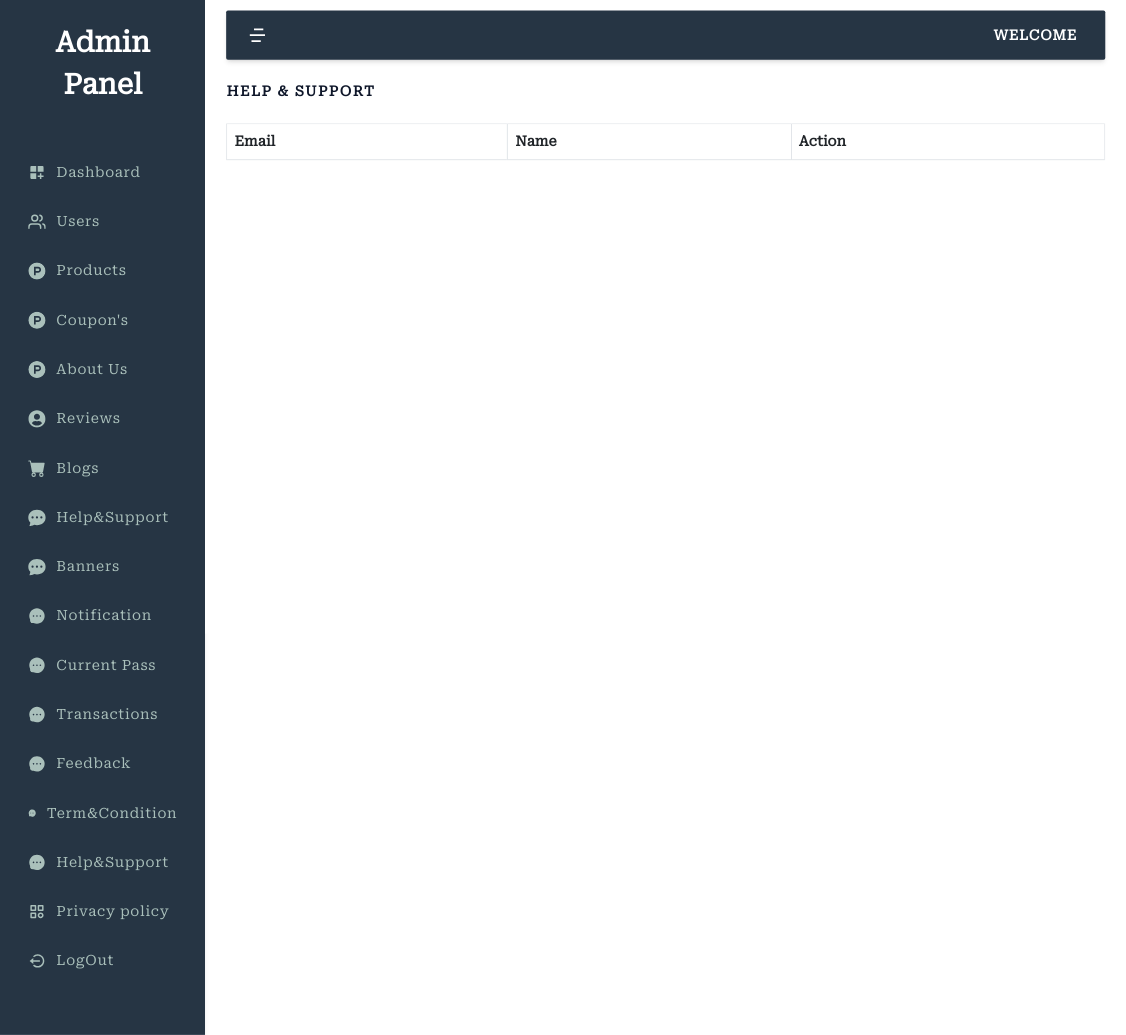
Repository: FlyweisReact/Arun-Chauhan
Page: /complaint
An editor plug-in stored every save of this project. The page is shown before and after the next save, followed by the edit.
The browser window is 1280 px wide. The pictures show the whole page, at 88% of full size.
The page's requests for data from a server got no answer. Some web libraries are served in a nearby version. The project was rebuilt for these pictures with package versions that can differ from the ones it lists, and the page was loaded fresh each time. No one was signed in, and anything a server would have sent is missing. Also part of the build but not shown: src/components/forms/Login.jsx, src/components/layout/Navbar.jsx, src/components/layout/Sidebar.jsx, src/components/layout/HOC.jsx, src/components/pages/Dashboard.jsx, src/components/vendorPanel/components/pages/Message/Message.js, src/components/pages/UserKundli/UserKundli.jsx, src/components/pages/discount/Discount.jsx and 27 more.

Above is the page before, as saved 2023-03-14 15:00:56.

### public/index.html
<!-- @format -->

<!DOCTYPE html>
<html lang="en">
  <head>
    <meta charset="utf-8" />
    <!-- <link rel="icon" href="%PUBLIC_URL%/favicon.png" /> -->
    <meta name="viewport" content="width=device-width, initial-scale=1" />
    <meta name="theme-color" content="#000000" />
    <meta
      name="description"
      content="Web site created using create-react-app"
    />
    <link rel="apple-touch-icon" href="%PUBLIC_URL%/favicon.ico?v=2" />



    <link rel="manifest" href="%PUBLIC_URL%/manifest.json" />
    <link rel="preconnect" href="https://fonts.googleapis.com">
    <link rel="preconnect" href="https://fonts.gstatic.com" crossorigin>
    <link href="https://fonts.googleapis.com/css2?family=Roboto+Serif&display=swap" rel="stylesheet">
    <title>Arun   Panel</title>
  </head>
  <body>
    <noscript>You need to enable JavaScript to run this app.</noscript>
    <div id="root"></div>
    <script src="https://code.jquery.com/jquery-3.6.0.min.js"></script>
    <script src="https://kit.fontawesome.com/b533b351e4.js" crossorigin="anonymous"></script>
  </body>
</html>

### src/index.js
import React from "react";
import ReactDOM from "react-dom/client";
import "./index.css";
import App from "./App";
import { BrowserRouter } from "react-router-dom";
import 'bootstrap/dist/css/bootstrap.min.css'

const root = ReactDOM.createRoot(document.getElementById("root"));
root.render(
  <React.StrictMode>
    <BrowserRouter>
      <App />
    </BrowserRouter>
  </React.StrictMode>
);

### src/index.css
/** @format */

@tailwind base;
@tailwind components;
@tailwind utilities;




body {
  margin: 0;
  font-family: 'Roboto Serif', serif  !important;
  -webkit-font-smoothing: antialiased;
  -moz-osx-font-smoothing: grayscale;
}

/* Wcomponents */
.wcomp::-webkit-scrollbar {
  width: 0px;
}
::-webkit-scrollbar {
  width: 0px;
}
::-webkit-scrollbar-track {
  background: #696f78;
}
/* Handle */
::-webkit-scrollbar-thumb {
  background: #b4b8bf;
}

.main-card--container {
  display: grid;
  grid-template-columns: repeat(3, minmax(300px, 500px));
  grid-gap: 50px;
  justify-content: space-around;
}
.card-container {
  margin: 25px 0 auto;
  position: relative;
  display: grid;
  grid-template-columns: 1fr;
  justify-content: space-around;
  align-items: flex-start;
}

.img-thumbnail {
  width: 80px;
}
.img-large {
  max-width: 80%;
}

.formInput {
  padding: 5px;
}

.BannerImg{
  display: grid;
  grid-template-columns: auto auto auto;
  margin: 20px;
  justify-content: space-evenly;
  text-align: center;
}
.BannerImg div{
  box-shadow: rgba(0, 0, 0, 0.35) 0px 5px 15px;
  padding: 10px;

}
.BannerImg img{
  width: 400px;
  height: 200px;
}


li{
  list-style: disc;
}
.carouselImages{
  width: 200px !important;
}
.Car{
  width: 200px !important;
}

.three-Sec{
  display: grid;
  justify-content: space-evenly;
  grid-template-columns: auto auto auto;
  text-align: center;
  color: black;

}
.three-Sec div{
  box-shadow: rgba(0, 0, 0, 0.35) 0px 5px 15px;
  margin-top: 40px;
  padding : 10px;
}
.three-Sec img{
  width: 400px;
}
.three-Sec p{
  font-size: 20px;
  font-weight: bold;
  margin: 0;
}
.three-Sec button{
  border: 1px solid #B80000;
  background-color: #ffff;
  color: #B80000;
  width: 100%;
  padding: 3px;
  margin-top: 10px;
  font-size: 20px;
  transition: 0.5s;
}

.three-Sec button:hover{
  background-color: #B80000;
  color: #ffff;
}

### src/App.js
/** @format */

import { Routes, Route } from "react-router-dom";
import Login from "./components/forms/Login";
import Dashboard from "./components/pages/Dashboard";
import { ToastContainer } from "react-toastify";
import MSG from "./components/vendorPanel/components/pages/Message/Message";
import "react-toastify/dist/ReactToastify.css";
import UserKundli from "./components/pages/UserKundli/UserKundli";
import Discount from "./components/pages/discount/Discount";
import Chat from "./components/pages/reactChat/Chat";
import Horoscope from "./components/pages/horoScope/Horoscope";
import Specification from "./components/pages/SpecificationPage/Specification";
import VendorLogin from "./components/vendorPanel/components/forms/VendorLogin";
import VendorDashboard from "./components/vendorPanel/components/pages/VendorDashboard";
import Fedd from "./components/pages/FeedBack/Fedd";
import Users from "./components/vendorPanel/components/pages/Users/Users";
import TimeSlots from "./components/pages/TimeSlots/TimeSlots";
import Documents from "./components/pages/Documents/Documents";
import Notify from "./components/pages/Notifications/Notify";
import ProductDetail from "./components/pages/FeedBack/ProductDetail";
import Product from "./components/vendorPanel/components/pages/Products/Product";
import Category from "./components/vendorPanel/components/pages/Category/Category";
import Order from "./components/vendorPanel/components/pages/Orders/Order";
import Complaint from "./components/vendorPanel/components/pages/Complaint/Complaint";
import Vendor from "./components/vendorPanel/components/pages/Vendors/Vendor";
import SubCategory from "./components/pages/Subcategory/SubCategory";
import Tour from "./components/vendorPanel/components/pages/Tour";
import Transaction from "./components/vendorPanel/components/pages/Transaction";
import Privacy from "./components/vendorPanel/components/pages/Terms/Privacy";
import Terms from "./components/vendorPanel/components/pages/Terms/Terms";
import Transactions from './components/vendorPanel/components/pages/Users/Transactions'
import CurrentPass from "./components/vendorPanel/components/pages/Users/CurrentPass";
import Offers from "./components/vendorPanel/components/pages/Users/Offers";
import FeedBack from "./components/vendorPanel/components/pages/Users/FeedBack";
import TermsCon from "./components/vendorPanel/components/pages/Users/TermsCon";
import HelpSupport from "./components/vendorPanel/components/pages/Users/HelpSupport";

function App() {
  return (
    <>
      <ToastContainer />

      <Routes>
        <Route path="/vendorLogin" element={<Login />} />
        <Route path="/dashboard" element={<Dashboard />} />
        <Route path="/userkundli" element={<UserKundli />} />
        <Route path="/discount" element={<Discount />} />
        <Route path="/horoscope" element={<Horoscope />} />
        <Route path="/specification" element={<Specification />} />


        <Route path="/chat" element={<Chat />} />
        <Route path="feedback" element={<Fedd />} />
        <Route path="/time" element={<TimeSlots />} />
        <Route path="/document" element={<Documents />} />
        <Route path="/subCategory" element={<SubCategory />} />
        <Route path="/not" element={<Notify />} />
        <Route path="/viewProduct/:id" element={<ProductDetail />} />


        {/* Admin Panel */}
        <Route path="/" element={<VendorLogin />} />
        <Route path="/ven" element={<Vendor />} />
        <Route path="/product" element={<Product />} />
        <Route path="/tour" element={<Tour />} />
        <Route path='/transaction' element={<Transaction />} />
        <Route path="/users" element={<Users />} />
        <Route path="/order" element={<Order />} />
        <Route path="/msg" element={<MSG />} />
        <Route path="/complaint" element={<Complaint />} />
        <Route path="/vendorDashboard" element={<VendorDashboard />} />
        <Route path="/category" element={<Category />} />
        <Route path="/privacy" element={<Privacy />} />
        <Route path="/terms" element={<Terms />} />
        <Route path="/trans" element={<Transactions />} />
        <Route path="/currentPass" element={<CurrentPass />} />
        <Route path="/offers" element={<Offers />} />
        <Route path="/feedBacks" element={<FeedBack />} />
        <Route path="/termsCon" element={<TermsCon />} />
        <Route path='/helpSupport' element={<HelpSupport />} />
      </Routes>
    </>
  );
}

export default App;

### src/components/vendorPanel/components/pages/Complaint/Complaint.js
/** @format */
import React, { useEffect, useState } from "react";
import { Table , Modal ,Button , Form} from "react-bootstrap";
import axios from "axios";
import HOC from "../../layout/HOC";



const Complaint = () => {
  const [data, setData] = useState([]);
  const [modalShow, setModalShow] = useState(false);

  const fetchData = async () => {
    try {
      const { data } = await axios.get(
        "https://5o53oluanh.execute-api.ap-south-1.amazonaws.com/development/helpAndSupportRouter/gethelpByAdmin"
      );
      setData(data);
    } catch (err) {
      console.log(err);
    }
  };

  useEffect(() => {
    fetchData();
  }, []);

  function MyVerticallyCenteredModal(props) {
    const [name, setName] = useState("");
    const [email, setEmail ] = useState("");

    const postData = async (e) => {
      e.preventDefault();
        try {
          const { data  } = await axios.put('https://5o53oluanh.execute-api.ap-south-1.amazonaws.com/development/helpAndSupportRouter/updatehelpByIdByAdmin/63eb77baa6e79bb158263552',  {
            email , name
          })
          console.log(data)
          props.onHide();
          fetchData();
        } catch (err) {
          console.log(err);
        }

    };

    return (
      <Modal
        {...props}
        size="lg"
        aria-labelledby="contained-modal-title-vcenter"
        centered
      >
        <Modal.Header closeButton>
          <Modal.Title id="contained-modal-title-vcenter">
            Update Help&Support
          </Modal.Title>
        </Modal.Header>
        <Modal.Body>
          <Form onSubmit={postData}>
            <Form.Group className="mb-3">
              <Form.Label>Name</Form.Label>
              <Form.Control
                type="text"
                onChange={(e) => setName(e.target.value)}
              />
            </Form.Group>
            <Form.Group className="mb-3">
              <Form.Label>Email</Form.Label>
              <Form.Control
                type="text"
                onChange={(e) => setEmail(e.target.value)}
              />
            </Form.Group>
            <Button variant="outline-success" type="submit">
              Submit
            </Button>
          </Form>
        </Modal.Body>
        <Modal.Footer></Modal.Footer>
      </Modal>
    );
  }





  return (
    <>

<MyVerticallyCenteredModal
          show={modalShow}
          onHide={() => setModalShow(false)}
        />

      <section>
        <div className="pb-4 sticky top-0  w-full flex justify-between items-center bg-white">
          <span className="tracking-widest text-slate-900 font-semibold uppercase ">
            Help & Support
          </span>
        </div>

        <div style={{ maxWidth: "100%", overflow: "auto" }}>
          <Table striped bordered hover>
            <thead>
              <tr>
                <th> Email</th>
                <th> Name</th>
                <th>Action</th>
              </tr>
            </thead>
            <tbody>
            {data?.terms?.map((i, index) => (
               <tr key={index}>
               <td> {i.email} </td>
               <td> {i.name} </td>
               <td>
               <i class="fa-solid fa-pen-to-square" style={{color : 'blue'}} onClick={() => setModalShow(true)} ></i>
               </td>
              </tr>
            ))}
            </tbody>
          </Table>
        </div>
      </section>
    </>
  );
};


export default HOC(Complaint);

### src/components/vendorPanel/components/layout/HOC.jsx
import React, { useState } from "react";
import Navbar from "./Navbar";
import Sidebar from "./Sidebar";

const HOC = (Wcomponenet) => {
  return function Component() {
    const [hamb, setHamb] = useState(false);
    return (
      <>
        <section className="flex overflow-x-hidden relative">
          {/* Sidebar */}
          <div
            className={
              hamb
                ? " absolute top-0 z-30 md:w-auto shadow-md bg-slate-200  w-60 transition-all md:-left-full left duration-150  h-auto overflow-y-auto  left-0 "
                : " md:w-72 z-30 bg-slate-200  shadow-md  md:static absolute top-0 -left-full   transition-all duration-150  overflow-y-auto h-auto"
            }
          >
            <Sidebar hamb={hamb} setHamb={setHamb} />
          </div>
          {/* Components & Navbar */}
          <div
            className={
              hamb
                ? " transition-all px-4 py-2  bg-white duration-150 w-full h-screen"
                : " w-full h-screen  px-4 py-2  bg-white z-50 transition-all duration-150 "
            }
          >
            <Navbar hamb={hamb} setHamb={setHamb} />
            <div className="my-6 text-white h-[87%] wcomp overflow-y-auto">
              <Wcomponenet />
            </div>
          </div>
        </section>
      </>
    );
  };
};

export default HOC;

### src/components/vendorPanel/components/layout/Navbar.jsx
/** @format */

import { RiMenu4Line } from "react-icons/ri";

const Navbar = ({ hamb, setHamb }) => {

  return (
    <>

      <div
        className={
          hamb
            ? "flex  w-full justify-between  my-1 rounded-sm  p-4 py-3 shadow-md items-center  bg-slate-200 space-x-4"
            : "flex  w-full justify-between my-1 rounded-sm  p-4 py-3 shadow-md items-center  bg-slate-200 space-x-4"
        }
        style={{   backgroundColor: "#263544", color : "#fff"}}
      >
        <RiMenu4Line
          onClick={() => setHamb(!hamb)}
          className="text-2xl font-bold text-#fff-900 hover:scale-90 cursor-pointer"
        />

        <section className="flex sm:ml-auto justify-end sm:w-full items-center space-x-2  pr-2">
          <figcaption className="tracking-wider pl-1 font-semibold">
            <div className="lg:text-base text-sm text-#fff-900  uppercase" >
              Welcome
            </div>
          </figcaption>
        </section>


      </div>
    </>
  );
};

export default Navbar;

### src/components/vendorPanel/components/layout/Sidebar.jsx
/** @format */

import React from "react";
import { RiCloseLine } from "react-icons/ri";
import { Link, useNavigate } from "react-router-dom";
import { BsFillCartFill } from "react-icons/bs";
import { BiLogOutCircle ,BiCategory } from "react-icons/bi";
import { MdDashboardCustomize } from "react-icons/md";
import { BsFillChatDotsFill } from "react-icons/bs";
import { AiFillMessage } from "react-icons/ai";
import {FaProductHunt , FaUserCircle} from 'react-icons/fa'
import {FiUsers} from 'react-icons/fi'

const Sidebar = ({ hamb, setHamb }) => {
  const navigate = useNavigate();

  const nav = [
    {
      icon: <MdDashboardCustomize className="text-xl mr-3 rounded-full " />,
      link: "/vendorDashboard",
      name: "Dashboard",
    },
    {
      icon: <FiUsers className="text-xl mr-3" />,
      link: "/ven",
      name: "Users",
    },
    {
      icon: <FaProductHunt className="text-xl mr-3 rounded-full " />,
      link: "/tour",
      name: "Products",
    },
    {
      icon: <FaProductHunt className="text-xl mr-3 rounded-full " />,
      link: "/product",
      name: "Coupon's",
    },
    {
      icon: <FaProductHunt className="text-xl mr-3 rounded-full " />,
      link: "/transaction",
      name: "About Us",
    },
    {
      icon: <FaUserCircle className="text-xl mr-3" />,
      link: "/users",
      name: "Reviews",
    },
    {
      icon: <BsFillCartFill className="text-xl mr-3" />,
      link: "/order",
      name: "Blogs",
    },
    {
      icon: <BsFillChatDotsFill className="text-xl mr-3" />,
      link: "/complaint",
      name: "Help&Support",
    },
    {
      icon: <BsFillChatDotsFill className="text-xl mr-3" />,
      link: "/offers",
      name: "Banners",
    },
    {
      icon: <AiFillMessage className="text-xl mr-3 rounded-full " />,
      link: "/msg",
      name: "Notification",
    },
    {
      icon: <AiFillMessage className="text-xl mr-3 rounded-full " />,
      link: "/currentPass",
      name: "Current Pass",
    },
    {
      icon: <AiFillMessage className="text-xl mr-3 rounded-full " />,
      link: "/trans",
      name: "Transactions",
    },
    {
      icon: <AiFillMessage className="text-xl mr-3 rounded-full " />,
      link: "/feedBacks",
      name: "Feedback",
    },
    {
      icon: <AiFillMessage className="text-xl mr-3 rounded-full " />,
      link: "/termsCon",
      name: "Term&Condition",
    },
    {
      icon: <AiFillMessage className="text-xl mr-3 rounded-full " />,
      link: "/helpSupport",
      name: "Help&Support",
    },
    {
      icon: <BiCategory className="text-xl mr-3" />,
      link: "/privacy",
      name: "Privacy policy",
    }
  ];

  const logOut = () => {
    localStorage.removeItem("token");
    navigate("/vendorLogin");
  };

  return (
    <>
      <div className="p-4 h-auto"   style={{
          backgroundColor: "#263544",
          minHeight : '100vh'
        }}>
        {/* Top */}
        <div className="w-full md:hidden relative  p-2 mb-4">
          <RiCloseLine
            onClick={() => setHamb(!hamb)}
            className="text-3xl  absolute top-2 sm:hover:rotate-[228deg] transition-transform font-bold right-2 sm:hover:text-[22px] text-[rgb(241,146,46)] cursor-pointer"
          />
        </div>
        {/* Logo */}
        <figure className="flex  flex-col items-center">
        <span
            className="font-bold text-[rgb(241,146,46)]"
            style={{ fontSize: "2rem", textAlign: "center", color: "#fff" }}
          >
            Admin Panel
          </span>
        </figure>
        {/* Nav-menu */}
        <nav className="py-6">
          {nav.map((nav) => {
            return (
              <Link to={nav.link} key={nav.name} className="" style={{textDecoration : 'none'}}>
                <span className="flex my-3 items-center cursor-pointer    tracking-wider p-2 rounded-sm"  style={{ color: "#aac0bb"  , textDecoration : 'none'}}>
                  {nav.icon} {nav.name}
                </span>
              </Link>
            );
          })}
          <span
            className="flex my-3 items-center cursor-pointer   tracking-wider p-2 rounded-sm"
            onClick={() => logOut()}
            style={{ color: "#aac0bb" }}
          >
            <BiLogOutCircle className="text-xl mr-3 rounded-full " /> LogOut
          </span>
        </nav>
      </div>
    </>
  );
};

export default Sidebar;

Loaded but not shown: tailwind.config.js (common file)

After the next save:
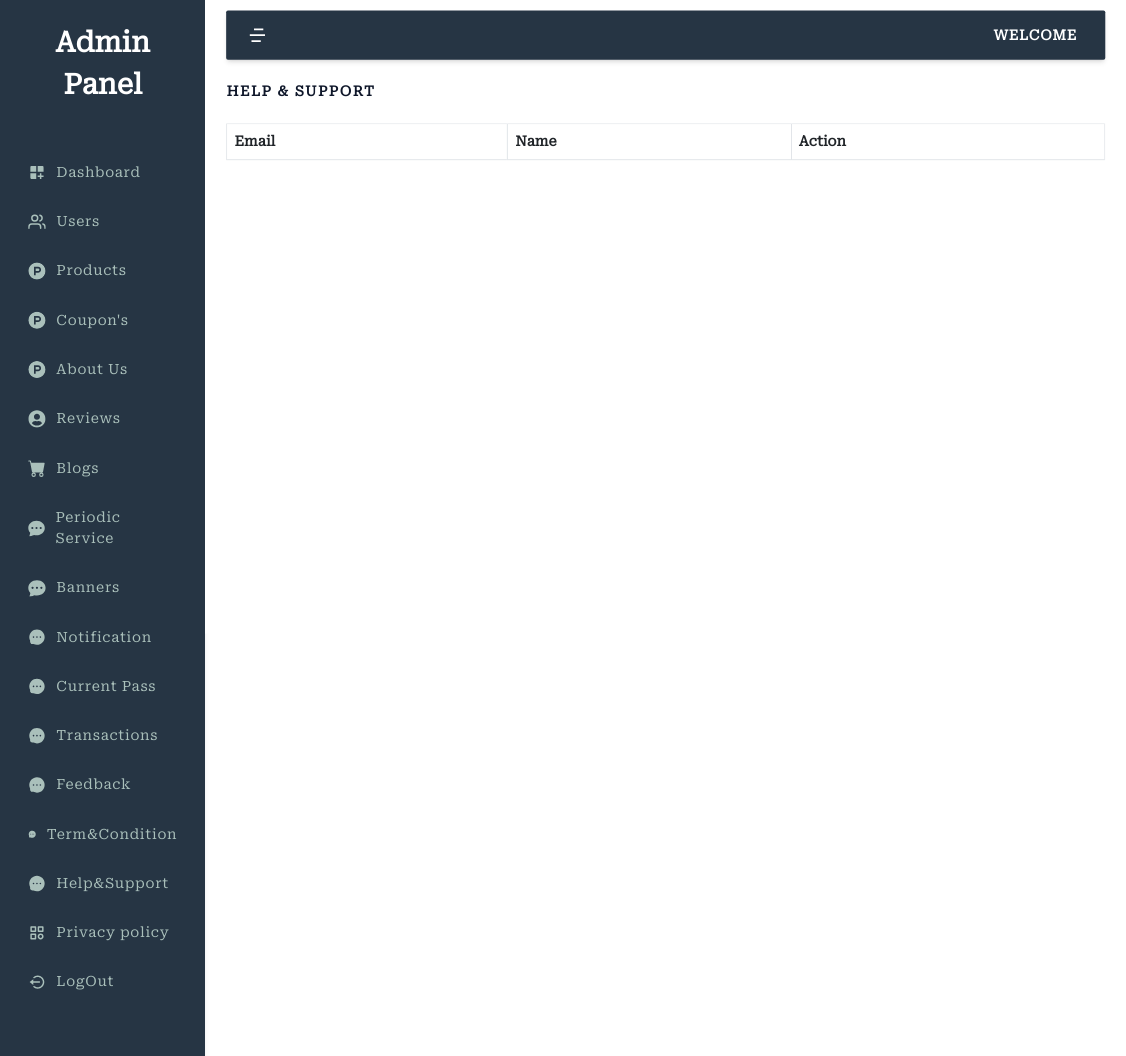
Saved 2 min 45 s later.
--- a/src/components/vendorPanel/components/layout/Sidebar.jsx
+++ b/src/components/vendorPanel/components/layout/Sidebar.jsx
@@ -53,7 +53,7 @@ const Sidebar = ({ hamb, setHamb }) => {
     {
       icon: <BsFillChatDotsFill className="text-xl mr-3" />,
       link: "/complaint",
-      name: "Help&Support",
+      name: "Periodic Service",
     },
     {
       icon: <BsFillChatDotsFill className="text-xl mr-3" />,
